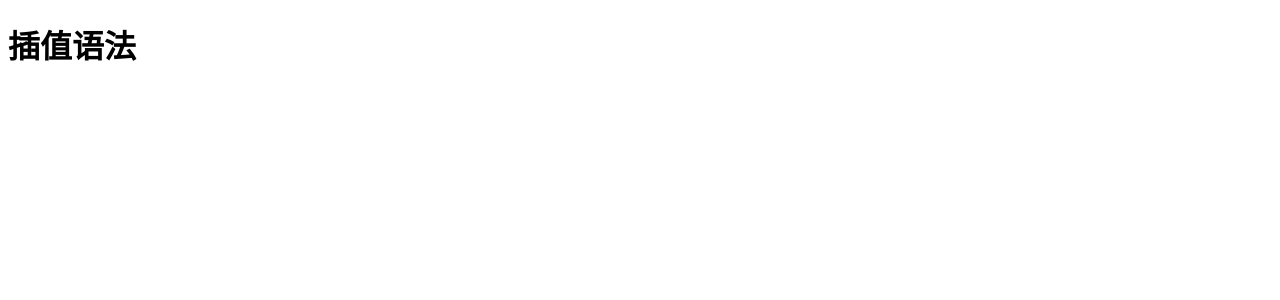
Repository: reggiepy/vueLeaning
Page: 02 vue 模板语法/模板语法.html
An editor plug-in stored every save of this project. The page is shown before and after the next save, followed by the edit.
The browser window is 1280 px wide. The pictures show the whole page.

Above is the page before, as saved 2021-12-04 23:15:22.

### 02 vue 模板语法/模板语法.html
<!DOCTYPE html>
<html lang="en">
  <head>
    <meta charset="UTF-8" />
    <meta http-equiv="X-UA-Compatible" content="IE=edge" />
    <meta name="viewport" content="width=device-width, initial-scale=1.0" />
    <title>初识vue</title>
    <script type="text/javascript" src="../js/vue.js"></script>
  </head>
  <body>
    <div id="root">
      <h1>插值语法</h1>

    </div>

    <script type="text/javascript">
      Vue.config.productionTip = false;

      // 创建Vue实例
      const x = new Vue({
          el: "#root",
          data: {
              name: "case王桐",
              age: 18
          }
      })
    </script>
  </body>
</html>

Loaded but not shown: js/vue.js (library)

After the next save:
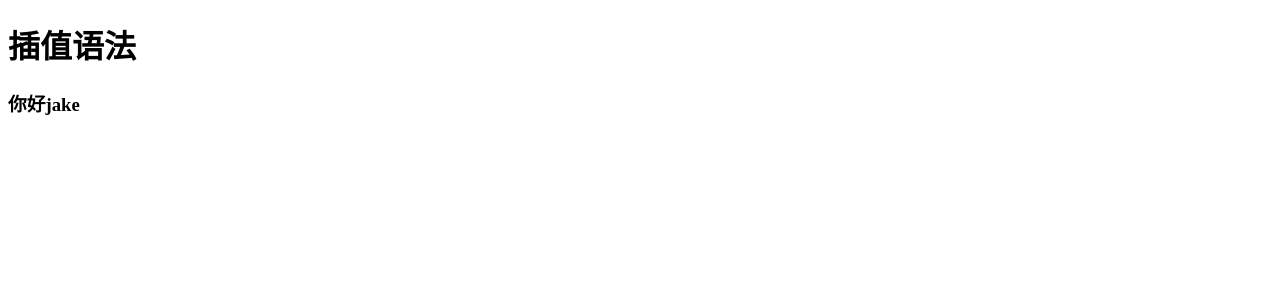
Saved 11 s later.
--- a/02 vue 模板语法/模板语法.html
+++ b/02 vue 模板语法/模板语法.html
@@ -10,7 +10,7 @@
   <body>
     <div id="root">
       <h1>插值语法</h1>
-
+      <h3>你好jake</h3>
     </div>
 
     <script type="text/javascript">
